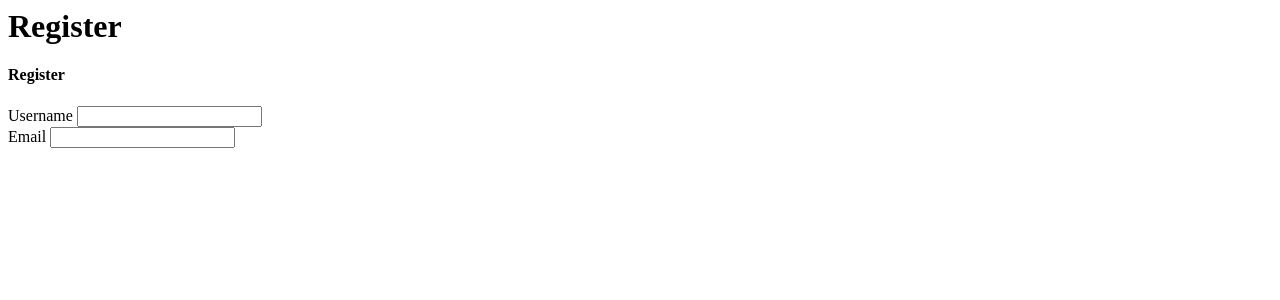
Repository: florin7755/BTRE_PROJECT
Page: http://localhost/accounts/register
The author's editor kept a copy of each file at every save. The page is drawn from the files as they stood at one save, then again after the next save.
The browser window is 1280 px wide. The pictures show the whole page.
The page is served by the project's application, run on Django 4.2 (manage.py). Other server files are loaded and not shown.

Above is the page before, as saved 2023-06-24 17:02:53.

### templates/accounts/register.html
<h1>Register</h1>
<section id='register' class='bg-light py-5'>
        <div class='container'>
            <div class='row'>
                <div class='col-me-6 mx auto'>
                    <div class='card'>
                        <div class='card header bg-primary text-white'>
                            <h4>
                                <i class='fas fa-user-plus'></i>Register
                            </h4>
                        </div>
                        <div class='card-body'>
                            <form action='index.html'>
                                <div class='form-group'>
                                    <label for='username'>Username</label>
                                    <input type='text' name='username' class='form-control' required>
                                </div>
                                <div class='form-group'>
                                    <label for='email'>Email</label>
                                    <input type='email' name='email' class='form-control' required>
                                </div>

### accounts/views.py
from django.shortcuts import render, redirect

def register(request):
    return render(request, 'accounts/register.html')

def login(request):
    return render(request, 'accounts/login.html')

def logout(request):
    return redirect('index')

def dashboard(request):
    return render(request, 'accounts/dashboard.html')

### btre/urls.py
"""
URL configuration for btre project.

The `urlpatterns` list routes URLs to views. For more information please see:
    https://docs.djangoproject.com/en/4.2/topics/http/urls/
Examples:
Function views
    1. Add an import:  from my_app import views
    2. Add a URL to urlpatterns:  path('', views.home, name='home')
Class-based views
    1. Add an import:  from other_app.views import Home
    2. Add a URL to urlpatterns:  path('', Home.as_view(), name='home')
Including another URLconf
    1. Import the include() function: from django.urls import include, path
    2. Add a URL to urlpatterns:  path('blog/', include('blog.urls'))
"""
from django.contrib import admin
from django.urls import path, include
from django.conf import settings
from django.conf.urls.static import static

urlpatterns = [
    path('', include('pages.urls')),
    path('listings/', include('listings.urls')),
    path('accounts/', include('accounts.urls')),
    path('admin/', admin.site.urls),
] + static(settings.MEDIA_URL, document_root=settings.MEDIA_ROOT)

Loaded but not shown: pages/urls.py (common file); listings/urls.py (common file); accounts/urls.py (common file)

After the next save:
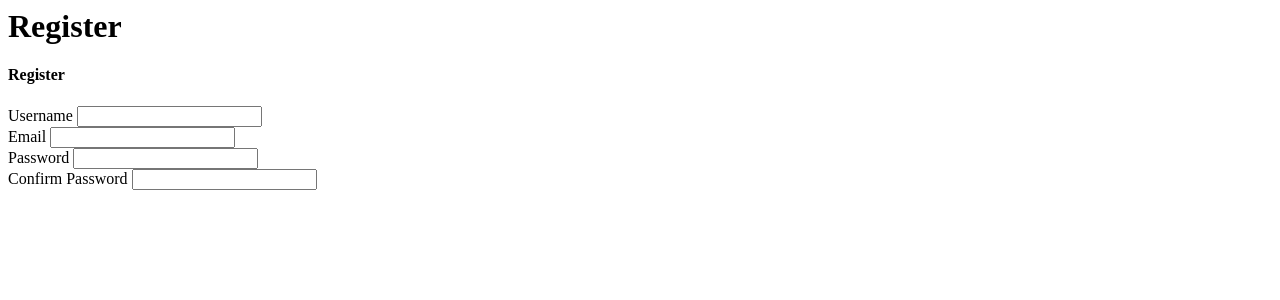
Saved 3 min 57 s later.
--- a/templates/accounts/register.html
+++ b/templates/accounts/register.html
@@ -19,3 +19,11 @@
                                     <label for='email'>Email</label>
                                     <input type='email' name='email' class='form-control' required>
                                 </div>
+                                <div class='form-group'>
+                                    <label for='password2'>Password</label>
+                                    <input type='password' name='password' class='form-control' required>
+                                </div>
+                                <div class='form-group'>
+                                    <label for='password'>Confirm Password</label>
+                                    <input type='password' name='password2' class='form-control' required>
+                                </div>
